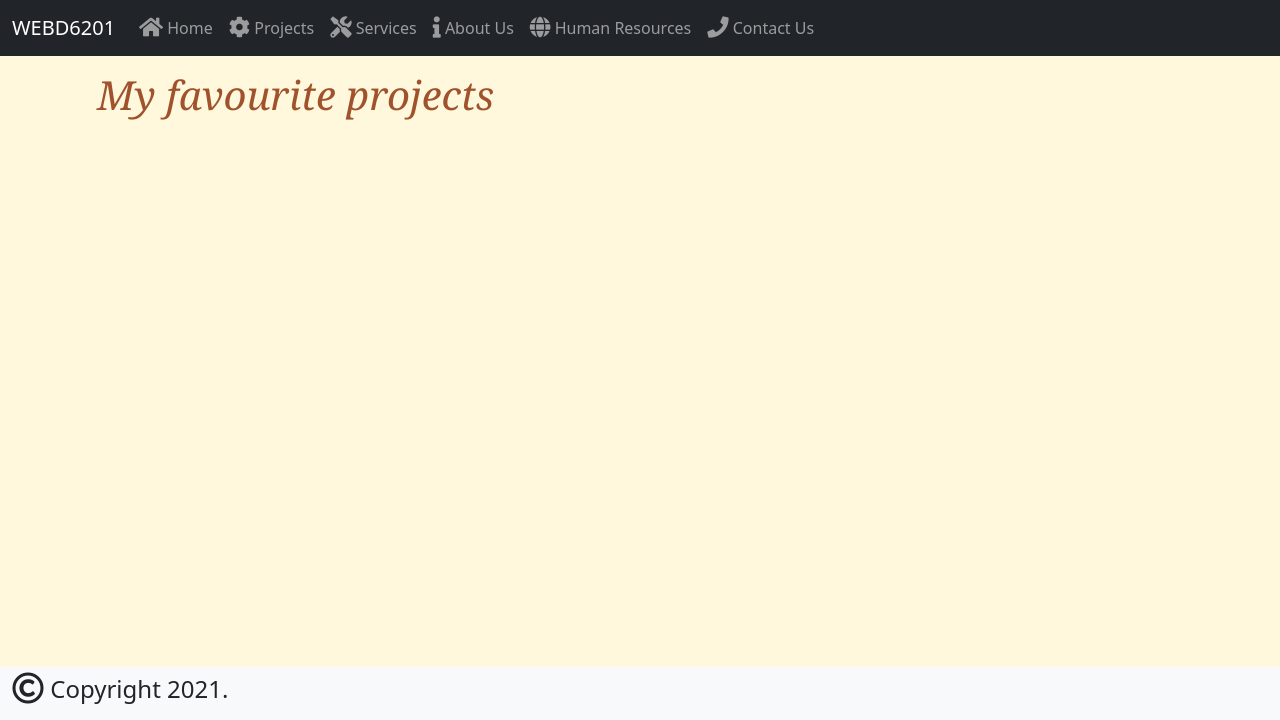
Repository: YiuWingLau/WEBD6201-W2021-Lab1
Page: projects.html
These files come from the project's save history. The page is drawn as it stood at one moment and after the next save; the edit follows.
The browser window is 1280 px wide. The pictures show the whole page.

Above is the page before, as saved 2021-02-04 20:27:39.
Console error: TypeError: document.getElementsById is not a function

After the next save:
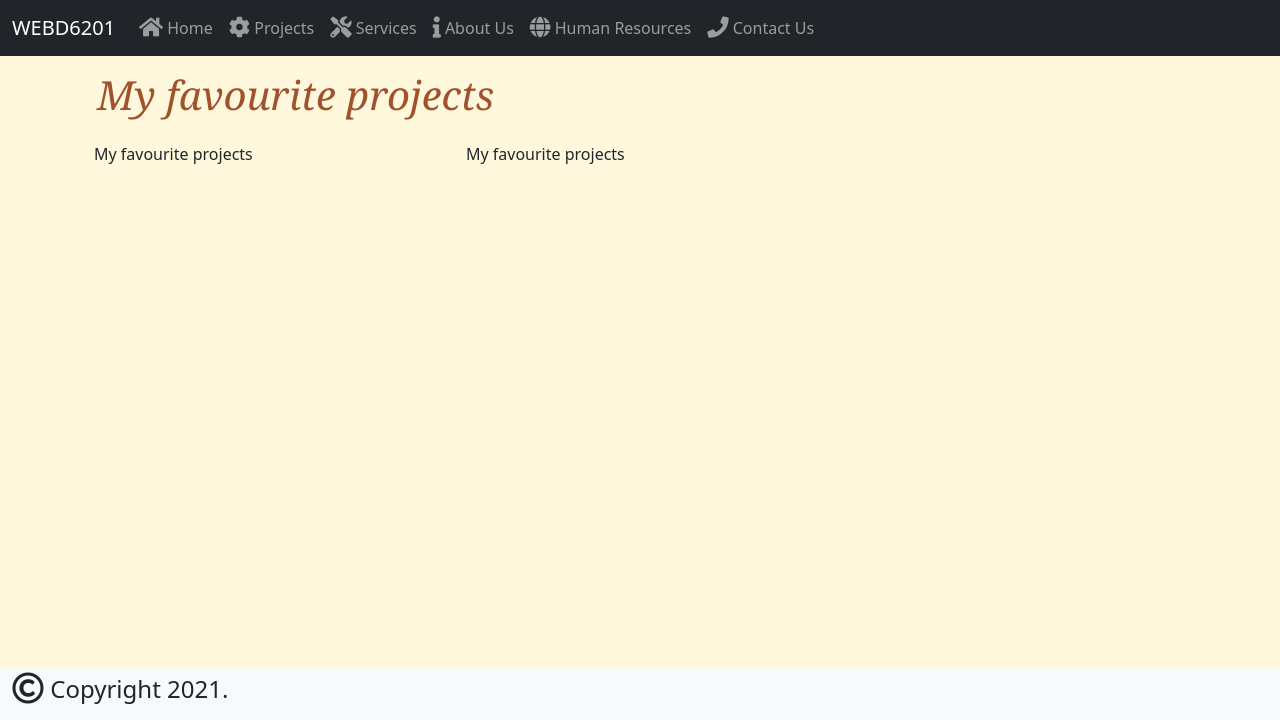
Saved 87 s later.
--- a/Scripts/app.js
+++ b/Scripts/app.js
@@ -75,10 +75,10 @@
       mainContent.appendChild(project);
 
       // create & insert first favorite project detail
-      let projectOne = document.createElement("div");
-      projectOne.setAttribute("class", "row");
-      projectOne.setAttribute("id", "projectOne");
-      projectOne.innerHTML = `<div class="col-4"> My favourite projects</div><div class="col-8"> My favourite projects</div>`;
+      //let projectOne = document.createElement("div");
+      //projectOne.setAttribute("class", "row");
+      //projectOne.setAttribute("id", "projectOne");
+      project.innerHTML = `<div class="row"><div class="col-4"> My favourite projects</div><div class="col-8"> My favourite projects</div></div>`;
 
       let projectContent = document.getElementsById("project");
       projectContent.appendChild(projectOne);

After the save that followed:
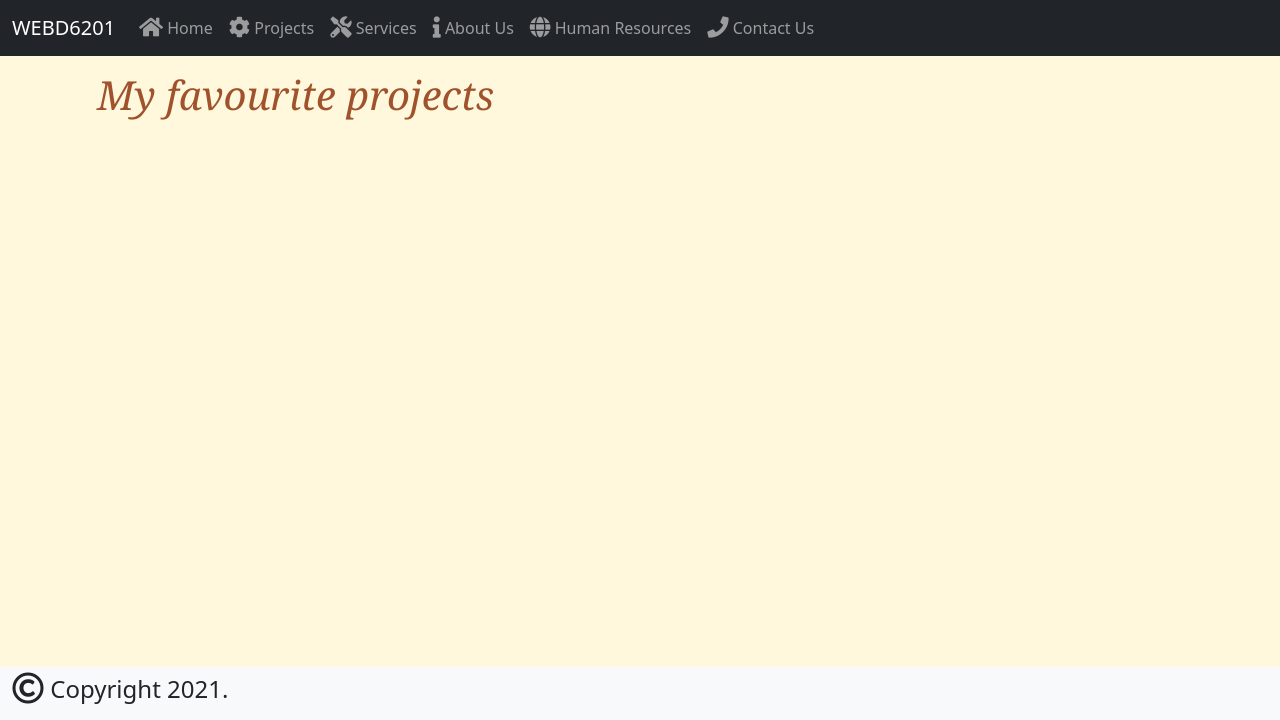
Console error: ReferenceError: projectContent is not defined
Saved 62 s later.
--- a/Scripts/app.js
+++ b/Scripts/app.js
@@ -78,9 +78,9 @@
       //let projectOne = document.createElement("div");
       //projectOne.setAttribute("class", "row");
       //projectOne.setAttribute("id", "projectOne");
-      project.innerHTML = `<div class="row"><div class="col-4"> My favourite projects</div><div class="col-8"> My favourite projects</div></div>`;
-
-      let projectContent = document.getElementsById("project");
+      let projectOne = `<div class="row"><div class="col-4"> My favourite projects</div><div class="col-8"> My favourite projects</div></div>`;
+
+
       projectContent.appendChild(projectOne);
       //projectTwo = `<div class="row"><div class="col-4"> My favourite projects</div><div class="col-8"> My favourite projects</div></div>`;
       //projectThree = `<div class="row"><div class="col-4"> My favourite projects</div><div class="col-8"> My favourite projects</div></div>`;
